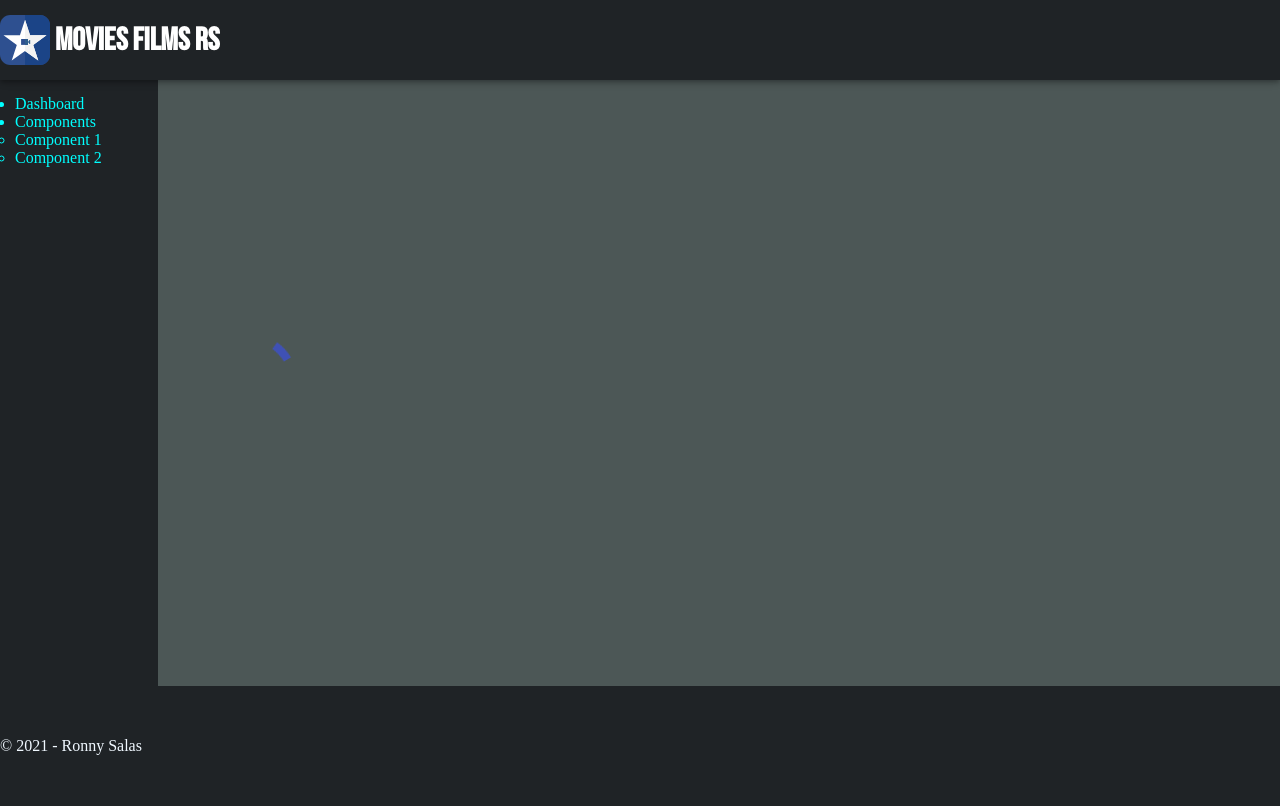
Repository: ronnysalas459/assigment-2
Page: /
These files come from the project's save history. The page is drawn as it stood at one moment and after the next save; the edit follows.
The browser window is 1280 px wide. The pictures show the whole page.
The page's requests for data from a server got no answer. The project was rebuilt for these pictures with package versions that can differ from the ones it lists, and the page was loaded fresh each time. No one was signed in, and anything a server would have sent is missing. Also part of the build but not shown: src/contexts/DetailsContext.js, src/components/Films/Movie.js, src/components/Common/Messages.js, src/components/Films/Movies.js, src/components/Details/index.js, src/components/NotFound/index.js.

Above is the page before, as saved 2021-08-30 21:00:49.

### src/index.js
import React from 'react';
import ReactDOM from 'react-dom';
import App from './App';

ReactDOM.render(<App />,document.querySelector('#root')
);

### src/App.js
import React from "react";
import { BrowserRouter, Switch, Route } from "react-router-dom";
import MoviesContextProvider from "./contexts/MoviesContext";
import DetailsContextProvider from "./contexts/DetailsContext";
import Films from "./components/Films";
import Details from "./components/Details";
import Header from "./components/Common/Header";
import Footer from "./components/Common/Footer";
import SideBar from "./components/Common/SideBar";
import NotFound from "./components/NotFound";
import "./assets/css/styles.css";

const App = () => (
  <BrowserRouter>
    <div className="container">
      <MoviesContextProvider>
      <Header />
      </MoviesContextProvider>
      <div className="content">
        <SideBar />
        <div className="projects">
          <Switch>
            <Route exact path="/">
              <MoviesContextProvider>
                <Films />
              </MoviesContextProvider>
            </Route>
            <Route path="/movie/movie_id">
              <DetailsContextProvider>
                <Details />
              </DetailsContextProvider>
            </Route>
            <Route component={NotFound} />
          </Switch>
        </div>
      </div>
      <Footer />
    </div>
  </BrowserRouter>
);

export default App;

### src/contexts/MoviesContext.js
import React, { createContext, useState, useEffect } from "react";
import { popularGet, movieSearch } from "./../constants";

export const MoviesContext = createContext();

const MoviesContextProvider = ({ children }) => {
  const [doneFetch, setDoneFetch] = useState();
  const [currentQuery, setCurrentQuery] = useState("");
  const [text, setText] = useState("Top Movies");
  const [movies, setMovies] = useState([]);

  useEffect(() => {
    getPopularMovies();
  }, []);

  const getPopularMovies = () => {
    fetch(popularGet())
      .then((res) => res.json())
      .then((data) => {
        const { results }  = data;
        setDoneFetch(true);
        console.log(results);
        setMovies(results);
      })
      .catch((err) => console.log(err));
  };

  const getMovies = (query) => {
    fetch(movieSearch(query))
      .then((res) => res.json())
      .then((data) => {
        const { results } = data;
        setDoneFetch(true);
        console.log(results );
        setText(results.length ? "Results" : "No Results");
        setMovies(results);

      })
      .catch((err) => console.log(err));
  };

  const validateQuery = (
    e,
    query = document.querySelector("#query").value.toLowerCase().trim()
  ) => {
    if (e.type === "keypress" && e.key !== "Enter") return;
    const words = query.match(/\w+/g);
    query = words && words.join(" ");
    if (query && query !== currentQuery) {
      setCurrentQuery(query);
      setDoneFetch(false);
      getMovies(query);
    }
  };
  return (
    <MoviesContext.Provider value={{ doneFetch, text, movies, validateQuery }}>
      {children}
    </MoviesContext.Provider>
  );
};

export default MoviesContextProvider;

### src/components/Films/index.js
import React, { Fragment, useContext } from "react";
import { MoviesContext } from "./../../contexts/MoviesContext";

import Movies from "./Movies";
import ProgressBar from "./../Common/ProgressBar";
import  Message  from "./../Common/Messages";

const Films = () => {
  const { doneFetch, movies, text } = useContext(MoviesContext);

  return (
    <Fragment>

      {doneFetch ? (
        movies.length ? (
          console.log("voyyyyyyyyyy"),
          <Movies text={text} movies={movies} />
        ) : (
          <Message text={text} />
        )
      ) : (
          console.log("nooooooooo"),
        <ProgressBar />
      )}
    </Fragment>
  );
};

export default Films;

### src/components/Common/Header.js
import React from "react";
import { AppBar } from "@material-ui/core";
import { ReactComponent as Logo } from "./../../assets/img/movie.svg";
import "./../../assets/css/styles.css";
const Header = () => (
  <AppBar position="sticky">
      <div className="header-container">
            <Logo className="logo-container" />
            &nbsp;&nbsp;
        <h1>Movies Films RS</h1>
      </div>
  </AppBar>
);

export default Header;

### src/components/Common/Footer.js
import React from 'react'

const Footer = () => (
    <footer>
        <p> &copy; { new Date().getFullYear()} - Ronny Salas</p>
    </footer>
);


export default Footer;

### src/components/Common/SideBar.js
import React from "react";
import { ProSidebar, Menu, MenuItem, SubMenu } from "react-pro-sidebar";
import "./../../assets/css/styles.css";

const SideBar = () => (

    <aside className="aside">
      <ProSidebar>
        <Menu iconShape="square">
          <MenuItem>Dashboard</MenuItem>
          <SubMenu title="Components">
            <MenuItem>Component 1</MenuItem>
            <MenuItem>Component 2</MenuItem>
          </SubMenu>
        </Menu>
      </ProSidebar>
    </aside>

);
export default SideBar;

### src/assets/css/styles.css
/*FUENTES*/

@font-face {
  font-family: "TrebuchetMS";
  src: url("../fonts/TrebuchetMS.ttf");
  font-weight: normal;
  font-style: normal;
}
@font-face {
  font-family: "BebasNeue";
  src: url("../fonts/BebasNeue.otf");
  font-weight: normal;
  font-style: normal;
}

@font-face {
  font-family: "WebSymbolsRegular";
  src: url("../fonts/websymbols-regular-webfont.eot");
  src: url("../fonts/websymbols-regular-webfont.eot?#iefix")
      format("embedded-opentype"),
    url("../fonts/websymbols-regular-webfont.woff") format("woff"),
    url("../fonts/websymbols-regular-webfont.ttf") format("truetype"),
    url("../fonts/websymbols-regular-webfont.svg#WebSymbolsRegular")
      format("svg");
  font-weight: normal;
  font-style: normal;
}
.root {
  margin: 3vw;
}
* {
  margin: 0px;
  padding: 0px;
}

html {
  overflow-x: hidden;
}

.container{
  width:100%;
  height:auto;
}

.header-container {
  width: 100%;
  height: 80px;
  background-color: #1f2326 !important;
  font-family: BebasNeue;
  color: white;
  display: flex;
  flex-direction: row;
  flex-wrap: wrap;
  align-items: center;
}

.logo-container {
  display: block;
  height: 100%;
  width: 50px;
}
.logo-container h1 {
  color: aqua;
}
.content{
  display:flex;
  background-color: #4C5756;
}
.img-wrap {
  height: 150px;
  padding-top: 56.25%;
}
.aside{
  display:flex;
  min-height: 80vh;
  flex-basis: 10%;
  margin-right: 30px;
  padding: 15px;
  flex-direction: column;
  flex-wrap: wrap;
  color: aqua;
  background-color: #1f2326;
}

.projects{
  display:flex;
  flex-wrap: wrap;
  flex-basis: 80%;
}

footer {
  display:flex;
  flex-flow: row wrap;
  justify-content:flex-start;
  height:120px;
  align-items:center;
  background-color: #1f2326;
}
footer p {
    color:aliceblue;
    justify-content: center;
}
.paper {
	margin-top: 25px;
	margin-bottom: 25px;
	margin-left: auto;
	margin-right: auto;
	width: 200px;
  height: 20px;
}

.defaultPaper {
	padding: 15px;
}

.project{
  flex-grow:1;
  flex-basis: 250px;
  margin-bottom: 25px;
  margin-right:20px;
  max-width: 345px;
}
.project img{
  width:100%;
}
.buttonPrimary,
.progressBar {
  display: flex;
  justify-content: center;
  align-items: center;
}


a {
	text-decoration: none;
}

.buttonPrimary,
.message,
.progressBar {
  margin: 10px;
}

.MuiTextField-root {
  width: 100%;
}

@media (max-width: 323px) {
  h1 {
    display: none;
  }
}

### src/constants/index.js
//HABILITAR PROXY INVERSO PARA CORS INTERCEPTOR
//const cors_anywhere = "https://cors-anywhere.herokuapp.com/";
const base_url = "https://api.themoviedb.org/3/";
const popular_movies_get = "movie/popular?";
const movie_search = "search/movie?";
const movies_get = "movie/{movie_id}";
const api_key = "api_key=2c4e30626dc1fcee2a373a9a71cf70f1";


export const popularGet = () => `${base_url}${popular_movies_get}${api_key}&page=1`;
export const moviesGet = id => `${base_url}${movies_get}${api_key}`;
export const movieSearch = query => `${base_url}${movie_search}${api_key}&query=${query}`;

### src/components/Common/ProgressBar.js
import React from 'react'
import CircularProgress from '@material-ui/core/CircularProgress';

const ProgressBar = () => (
    <div className="progressBar">
        <CircularProgress size = { 100 } />

    </div>
)


export default ProgressBar

### src/components/Films/SearchMovies.js
import React from 'react';
import Paper from "@material-ui/core/Paper";
import TextField from '@material-ui/core/TextField';
import IconButton from '@material-ui/core/IconButton';
import SearchIcon from '@material-ui/icons/Search';


const SearchMovies = ({ validateQuery }) => (
    <Paper className = "paper defaultPaper">
        <TextField
            id="query"
            label="Title"
            margin="normal"
            variant="outlined"
            onKeyPress = {(e) => validateQuery(e)}
        />
         <IconButton onClick={(e) => validateQuery(e)}>
            <SearchIcon />
        </IconButton>
    </Paper>
);

export default SearchMovies

Loaded but not shown: public/index.html (common file)

After the next save:
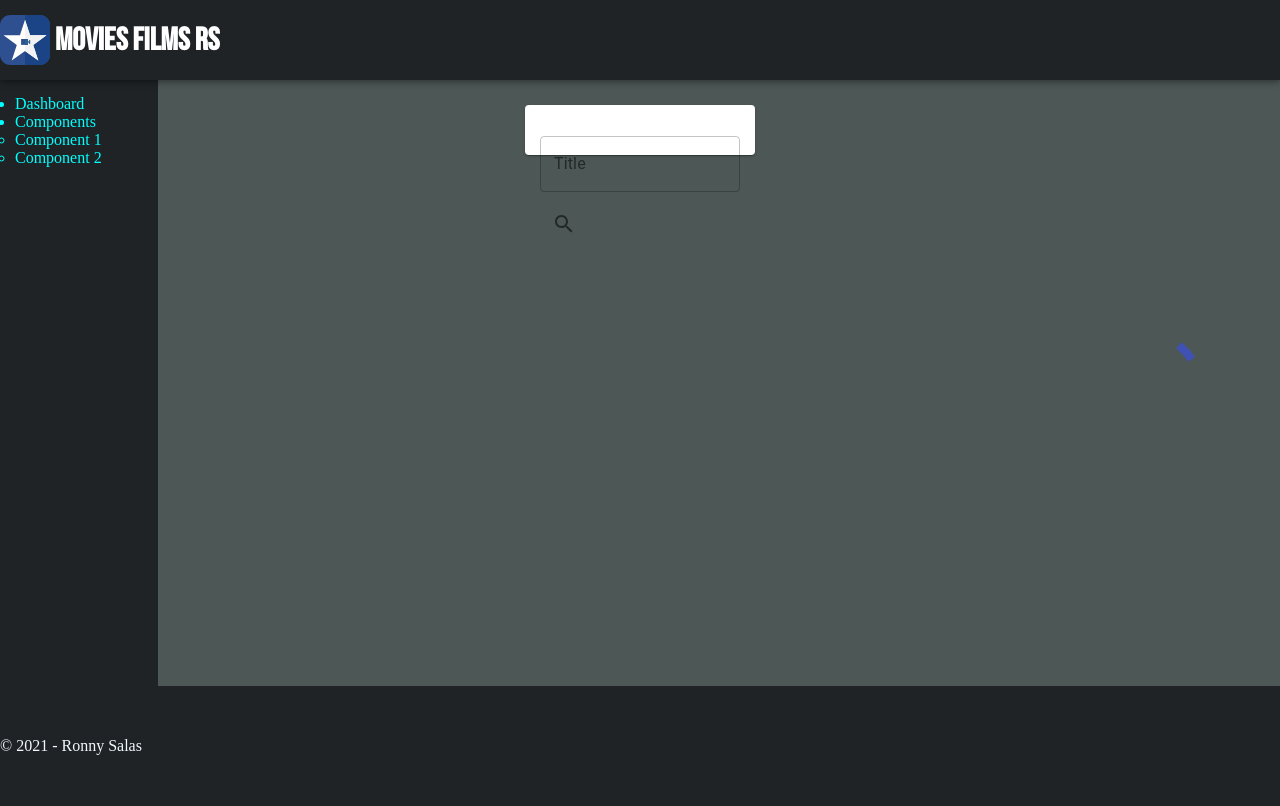
Saved 19 s later.
--- a/src/components/Films/index.js
+++ b/src/components/Films/index.js
@@ -1,16 +1,16 @@
 import React, { Fragment, useContext } from "react";
 import { MoviesContext } from "./../../contexts/MoviesContext";
-
+import SearchMovies from "./SearchMovies";
 import Movies from "./Movies";
 import ProgressBar from "./../Common/ProgressBar";
 import  Message  from "./../Common/Messages";
 
 const Films = () => {
-  const { doneFetch, movies, text } = useContext(MoviesContext);
+  const { validateQuery, doneFetch, movies, text } = useContext(MoviesContext);
 
   return (
     <Fragment>
-
+      <SearchMovies validateQuery={validateQuery} />
       {doneFetch ? (
         movies.length ? (
           console.log("voyyyyyyyyyy"),
